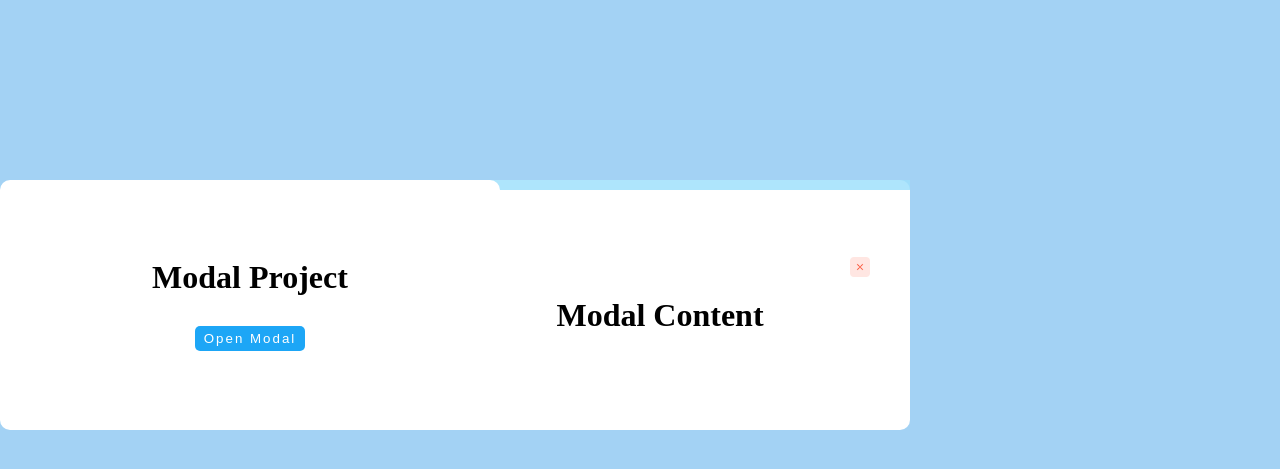
Repository: Trapti10/20-js-practice-projects-in-7-days-challenge
Page: Project_4_Modal_Project/index.html
The author's editor kept a copy of each file at every save. The page is drawn from the files as they stood at one save, then again after the next save.
The browser window is 1280 px wide. The pictures show the whole page.

Above is the page before, as saved 2025-11-24 14:09:58.

### Project_4_Modal_Project/index.html
<!DOCTYPE html>
<html lang="en">
<head>
    <meta charset="UTF-8">
    <meta name="viewport" content="width=device-width, initial-scale=1.0">
    <title>Modal Project</title>
    <link rel="stylesheet" href="style.css">
</head>
<body>
    <div class="hero">
     <div class="bg-img"  background-img>

    </div>
    <div class="card">
        <h1>Modal Project</h1>

        <button class="Open">
            Open Modal
        </button>
       </div>
       </div>
       <div class="modal-overlay">
        <div class="madal-container">
            <header></header>
            <img src="assests/close.png" alt="">
            <div class="modalContent">
                <h1>Modal Content</h1>
            </div>
            <footer></footer>
        </div>
       </div>
    <script src="script.js"></script>
</body>
</html>

### Project_4_Modal_Project/style.css
*{
    margin: 0;
    padding: 0;
}
.hero{
    place-items: center;
}
.bg-img{
    height: 100vh;
    background-position: center center;
    background-repeat: no-repeat;
    position: relative;
    background-size: max(2200px, 100vw);
    background-image: url("https://png.pngtree.com/thumb_back/fh260/background/20230714/pngtree-simplicity-in-blue-a-living-room-interior-design-with-decor-and-image_3888158.jpg");
    background-repeat: no-repeat;
    align-items: center;
    margin-top: 0;
    align-items: center;

}

.card{
    position: absolute;
    top: 25%;
    background: white;
    min-height: 250px;
    min-width: 500px;
    display: flex;
    justify-content: center;
    align-items:center ;
    flex-direction: column;
    border: none;
    border-radius: 10px;
    gap: 30px;
}

button{
    height: 25px;
    width: 110px;
    color: white;
    background: rgb(29, 166, 246);
    border: none;
    letter-spacing: 2px;
    border-radius: 5px;
    padding: 0 4px;
}

button:hover{
    background: transparent;
    color: black;
    border: 2px solid rgb(29, 166, 246);
}

.modal-overlay{
    background: rgba(73, 166, 233, 0.5);
    position: fixed;
    top: 0;
    left: 0;
    width: 100%;
    height: 100%;
    place-items:center;
    display: grid;
    transition: 400ms ease;
    padding: 35px 20px;
    visibility: visible;
     z-index: -10;
}

.madal-container{
    position: absolute;
    top: 25%;
    background: white;
    min-height: 250px;
    min-width: 500px;
    position: fixed;
    display: flex;
    justify-content: center;
    align-items:center ;
    flex-direction: column;
    border: none;
    border-radius: 10px;
    gap: 20px;
}

.madal-container img{
    height: 20px;
    right: 0;
    margin-left: 400px ;
    margin-top: 0px;
}

header{
    position: absolute;
    top: 0px;
    height: 10px;
    width: 100%;
    background: rgba(159, 225, 252, 0.84);
}

Loaded but not shown: Project_4_Modal_Project/script.js (no stored copy; drawn as an empty file)

After the next save:
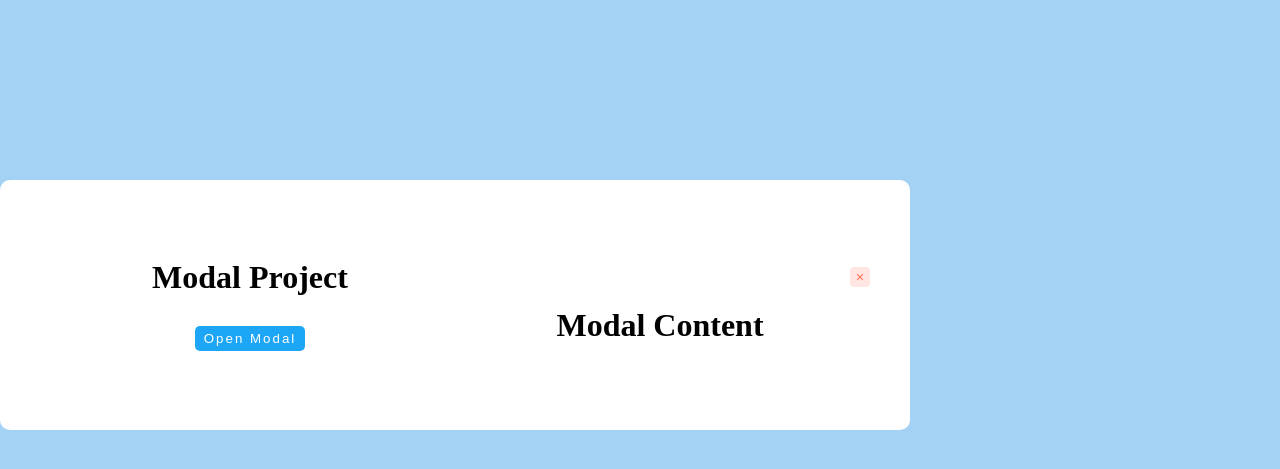
Saved 7 s later.
--- a/Project_4_Modal_Project/style.css
+++ b/Project_4_Modal_Project/style.css
@@ -90,9 +90,9 @@ button:hover{
 }
 
 header{
-    position: absolute;
+    /* position: absolute;
     top: 0px;
     height: 10px;
     width: 100%;
-    background: rgba(159, 225, 252, 0.84);
+    background: rgba(159, 225, 252, 0.84); */
 }
